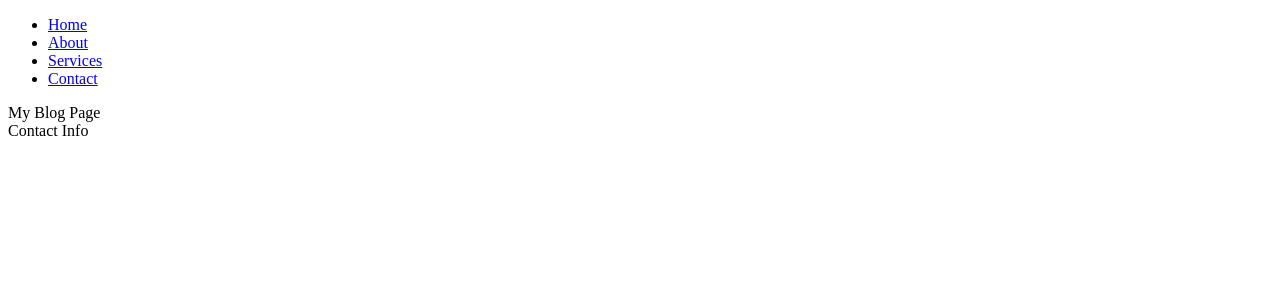
Repository: SainediAmbika/RecallingAll
Page: Angular Recalling/Blog Page/index.html
An editor plug-in stored every save of this project. The page is shown before and after the next save, followed by the edit.
The browser window is 1280 px wide. The pictures show the whole page.

Above is the page before, as saved 2025-05-19 11:08:59.

### Angular Recalling/Blog Page/index.html
<!DOCTYPE html>
<html lang="en">
<head>
    <meta charset="UTF-8">
    <meta name="viewport" content="width=device-width, initial-scale=1.0">
    <title>Blog Page</title>

</head>
<body>
    <header>
        <nav>
            <ul>
                <li><a href="#">Home</a></li>
                <li><a href="#">About</a></li>
                <li><a href="#">Services</a></li>
                <li><a href="#">Contact</a></li>

            </ul>
        </nav>
    </header>
    <main> My Blog Page</main>
    <article>

    <footer>
        Contact Info
    </footer>
    </article>

</body>
</html>

After the next save:
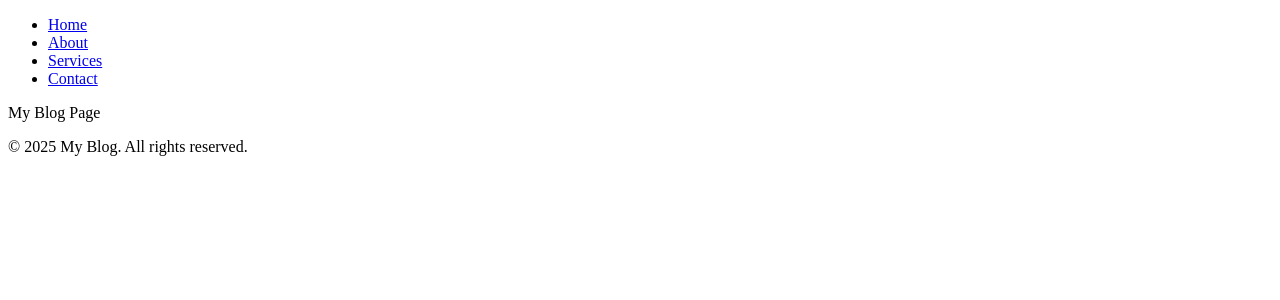
Saved 114 s later.
--- a/Angular Recalling/Blog Page/index.html
+++ b/Angular Recalling/Blog Page/index.html
@@ -22,7 +22,7 @@
     <article>
 
     <footer>
-        Contact Info
+        <p>&copy; 2025 My Blog. All rights reserved.</p>
     </footer>
     </article>
 
